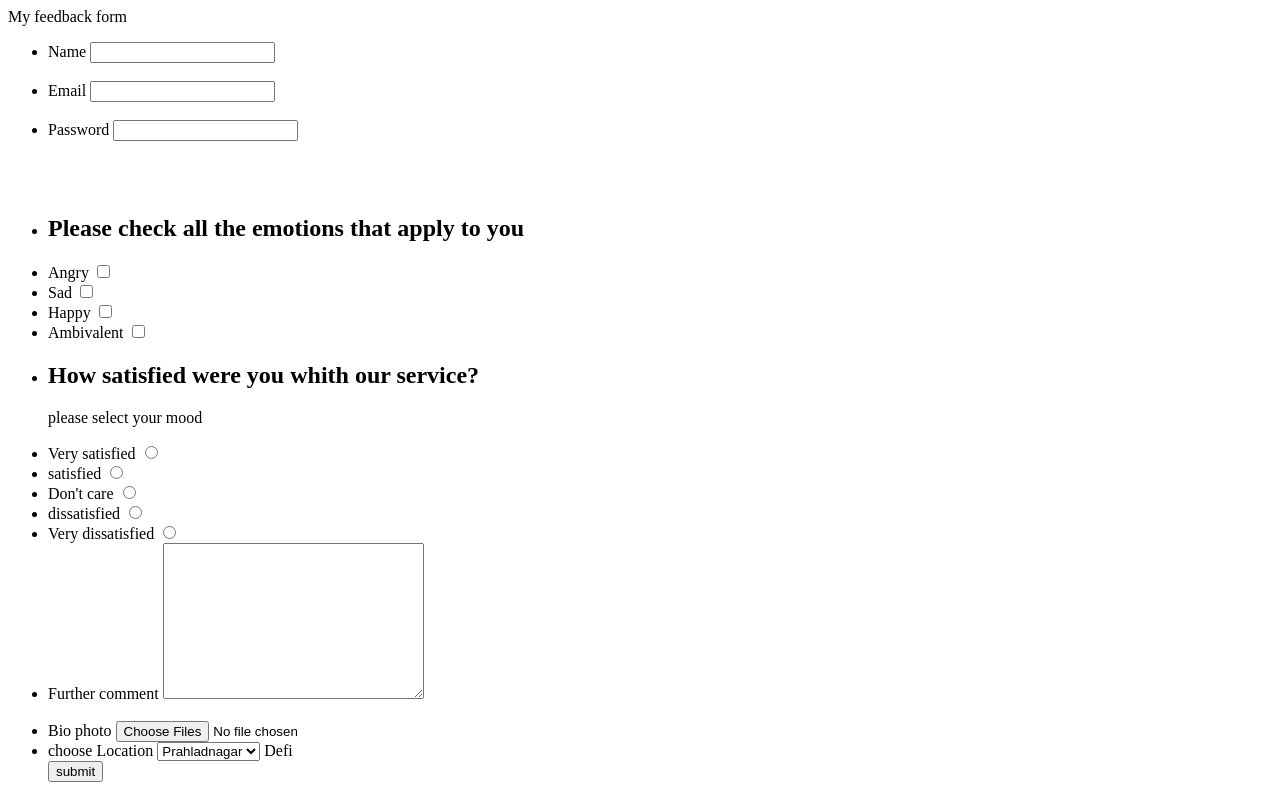
Repository: pratixa-chauhan/practice
Page: view/schedule2.html
An editor plug-in stored every save of this project. The page is shown before and after the next save, followed by the edit.
The browser window is 1280 px wide. The pictures show the whole page.

Above is the page before, as saved 2021-12-20 22:12:54.

After the next save:
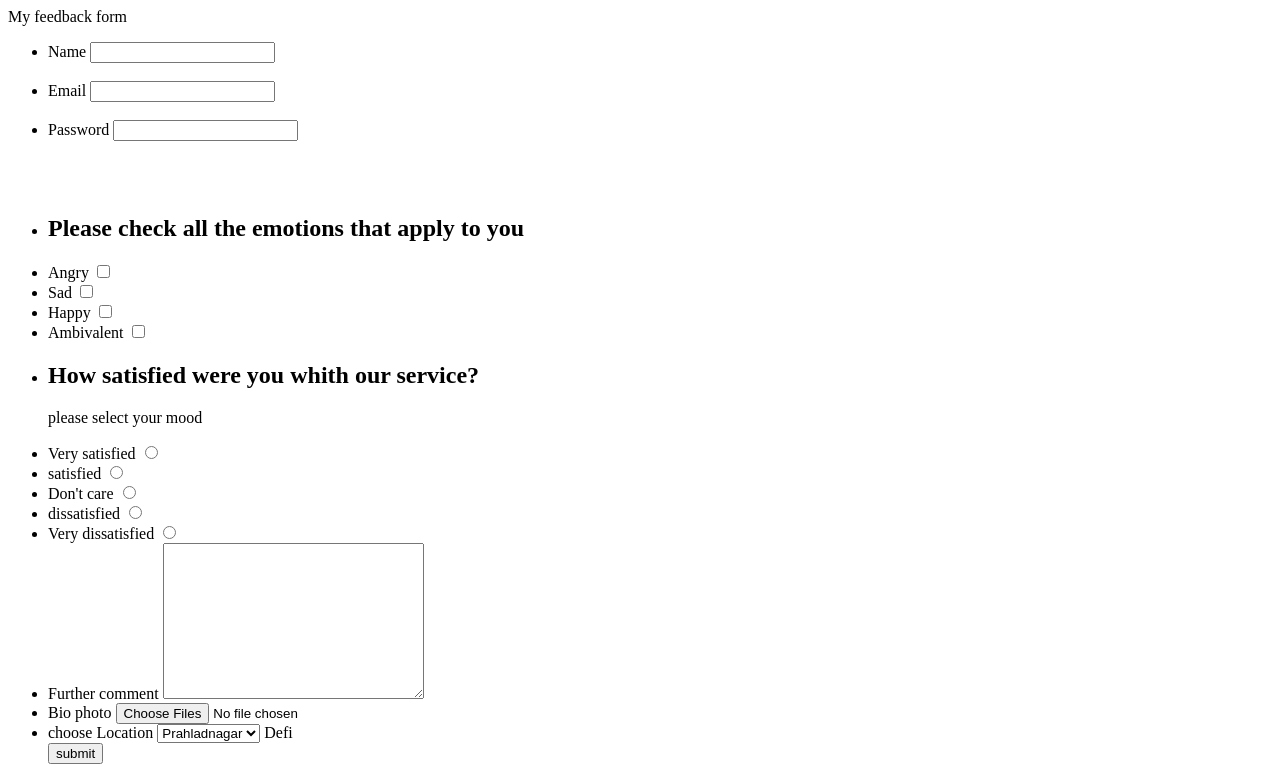
Saved 7 s later.
--- a/view/schedule2.html
+++ b/view/schedule2.html
@@ -67,7 +67,7 @@
         <li>
             <label for="comment">Further comment</label>
             <textarea id="comment" name="comment" cols="30" rows="10"></textarea>
-        </li><br>
+        </li>
         <li>
             <label for="photo">Bio photo</label>
             <input type="file" id="myfile" name="myfile" multiple>
